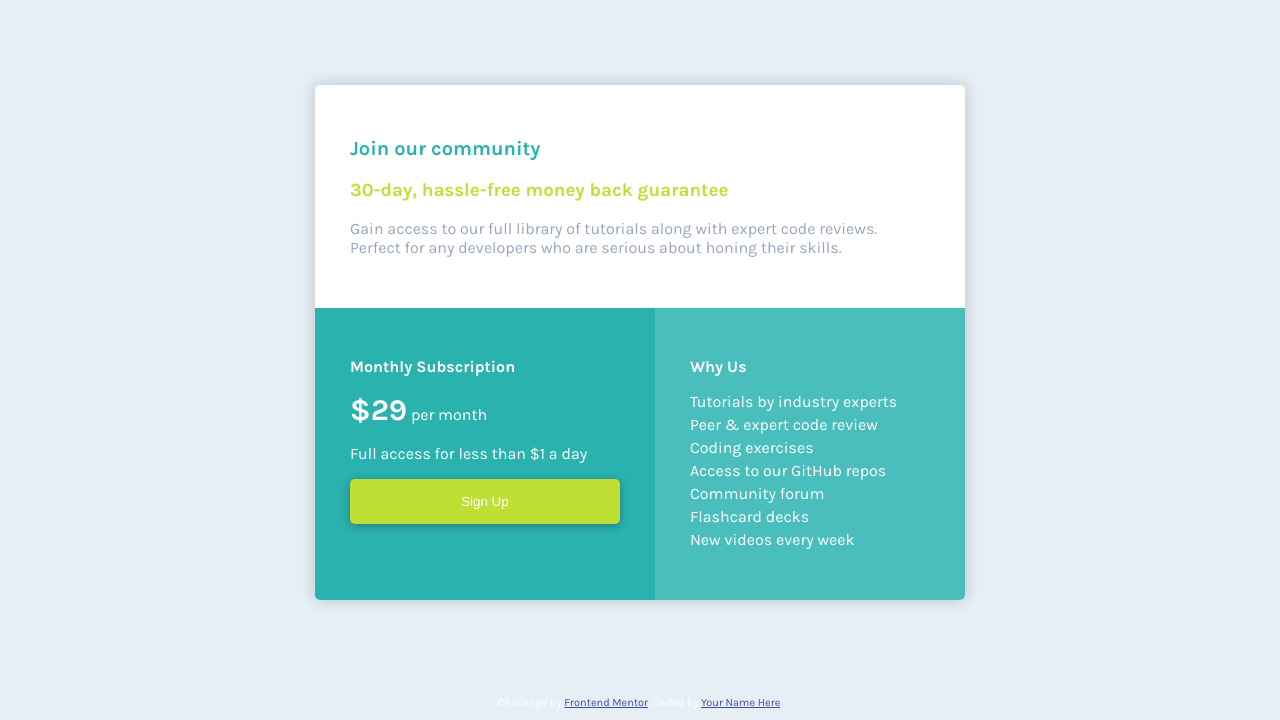
Repository: jminervino/PriceGridComponent
Page: index.html
The author's editor kept a copy of each file at every save. The page is drawn from the files as they stood at one save, then again after the next save.
The browser window is 1280 px wide. The pictures show the whole page.

Above is the page before, as saved 2022-02-08 14:20:29.

### index.html
<!DOCTYPE html>
<html lang="en">
<head>
  <meta charset="UTF-8">
  <meta name="viewport" content="width=device-width, initial-scale=1.0"> <!-- displays site properly based on user's device -->

  <link rel="icon" type="image/png" sizes="32x32" href="./images/favicon-32x32.png">
  <link rel="stylesheet" href="style.css">

  <title>Frontend Mentor | Single Price Grid Component</title>

  <!-- Feel free to remove these styles or customise in your own stylesheet 👍 -->
  <style>
    .attribution { font-size: 11px; text-align: center; }
    .attribution a { color: hsl(228, 45%, 44%); }
  </style>
</head>
<body>
    <main>
        <section class="box-one">
            <h2>Join our community</h2>
            <h3 class="yellow-text">30-day, hassle-free money back guarantee</h3>

            <p>
              Gain access to our full library of tutorials along with expert code reviews. <br>
              Perfect for any developers who are serious about honing their skills.
            </p>
        </section>
        <section class="box-two">
            <h2>Monthly Subscription</h2>

            <p class="faded">
              <span class="big">&dollar;29</span> per month
            </p>
            <p>Full access for less than &dollar;1 a day</p>

            <button>Sign Up</button>
        </section>
        <section class="box-three">
            <h2>Why Us</h2>
            <ul>
                <li>Tutorials by industry experts</li>
                <li>Peer &amp; expert code review</li>
                <li>Coding exercises</li>
                <li>Access to our GitHub repos</li>
                <li>Community forum</li>
                <li>Flashcard decks</li>
                <li>New videos every week</li>
            </ul>
        </section>
    </main>
    <footer>
        <p class="attribution">
          Challenge by <a href="https://www.frontendmentor.io?ref=challenge" target="_blank">Frontend Mentor</a>.
          Coded by <a href="#">Your Name Here</a>.
        </p>
    </footer>
</body>
</html>

### style.css
@import url('https://fonts.googleapis.com/css2?family=Cardo&family=Karla:wght@400;700&family=Titillium+Web:wght@600&display=swap');

* {
    box-sizing: border-box;
    padding: 0;
}

body {
    display: flex;
    align-items: center;
    justify-content: center;
    flex-direction: column;
    font-family: "karla", sans-serif;
    font-size: 16px;
    background-color: hsl(204, 43%, 93%);
    margin: 0;
    min-height: 100vh;
    color: #ffffff;
}

main {
    background-color: #ffffff;
    max-width: 1440px;
    min-width: 650px;
    margin: auto;
    display: grid;
    grid-template-columns: auto auto;
    box-shadow: 0px 0px 15px rgba(0, 0, 0, 0.2);
    border-radius: 5px;
    overflow: hidden;
}

section {
    padding: 35px;
}

button {
    background-color: hsl(71, 73%, 54%);
    color: #ffffff;
    border-radius: 5px;
    border: none;
    width: 100%;
    padding: 15px;
    box-shadow: 0px 2px 10px rgba(0, 0, 0, 0.3);
}

ul {
    list-style-type: none;
}

ul li {
    margin-top: 4px;
}

h2 {
    font-size: 16px;
}

.box-one {
    color: hsl(218, 22%, 67%);
    grid-column: 1/3;

}

.box-one h2 {
    font-size: 20px;
    font-weight: 900;
    color: hsl(179, 62%, 43%);
}

.yellow-text {
    color: hsl(71, 73%, 54%);
}

.box-two {
    background-color: hsl(179, 62%, 43%);
}

.faded {

}

.big {
    opacity: initial;
    font-size: 30px;
    font-weight: 700;
}

.box-three {
    font-weight: 400;
    background-color: #4abebd;
}

After the next save:
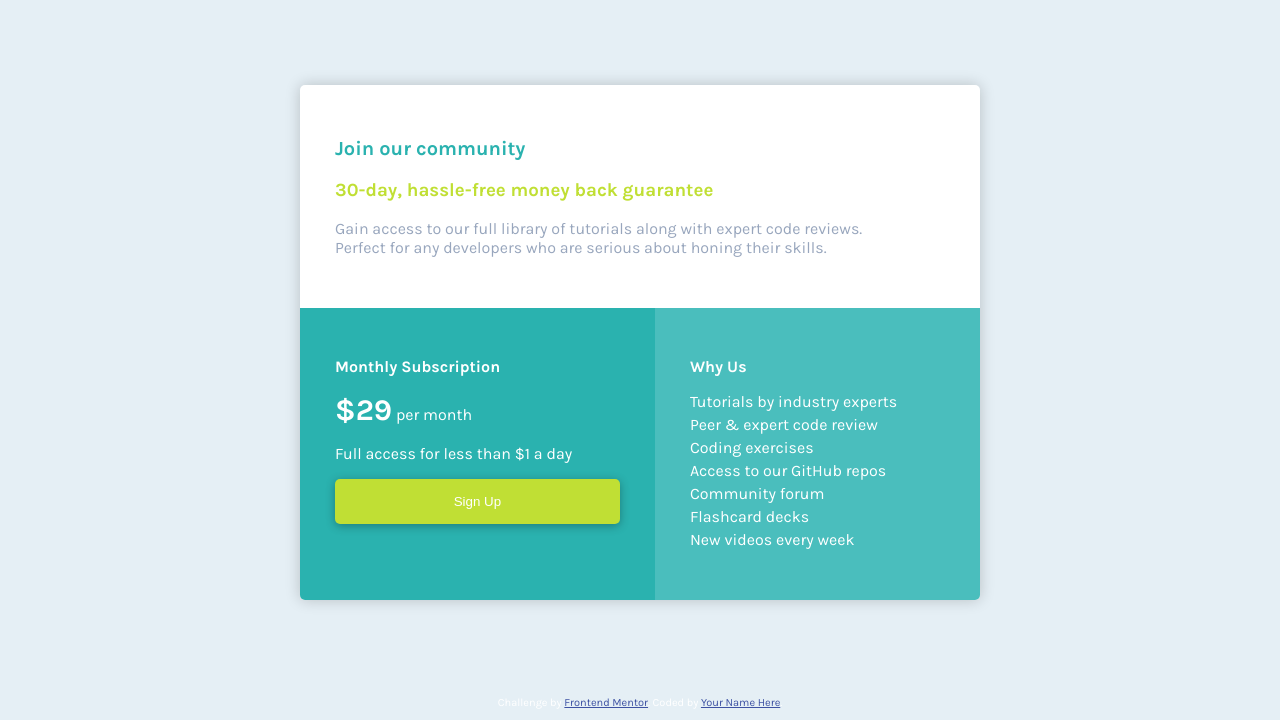
Saved 36 s later.
--- a/style.css
+++ b/style.css
@@ -21,7 +21,7 @@ body {
 main {
     background-color: #ffffff;
     max-width: 1440px;
-    min-width: 650px;
+    min-width: 680px;
     margin: auto;
     display: grid;
     grid-template-columns: auto auto;
